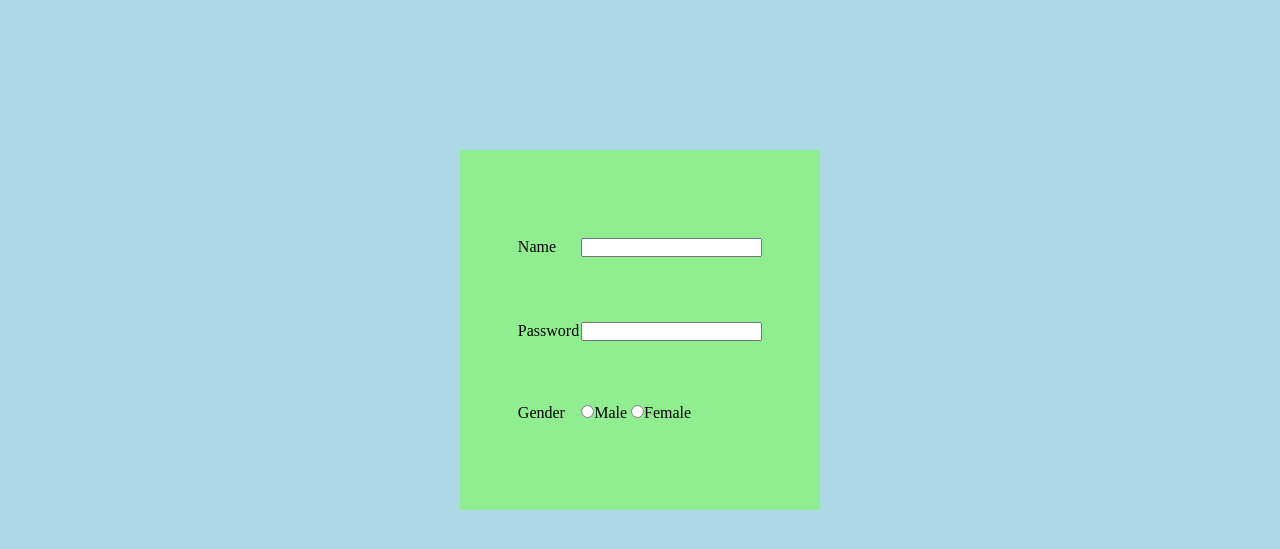
Repository: yash1sh/Java
Page: http://localhost/Servlet_Demo/
An editor plug-in stored every save of this project. The page is shown before and after the next save, followed by the edit.
The browser window is 1280 px wide. The pictures show the whole page.
The page is served by Tomcat 9.

Above is the page before, as saved 2022-05-14 10:39:17.

After the next save:
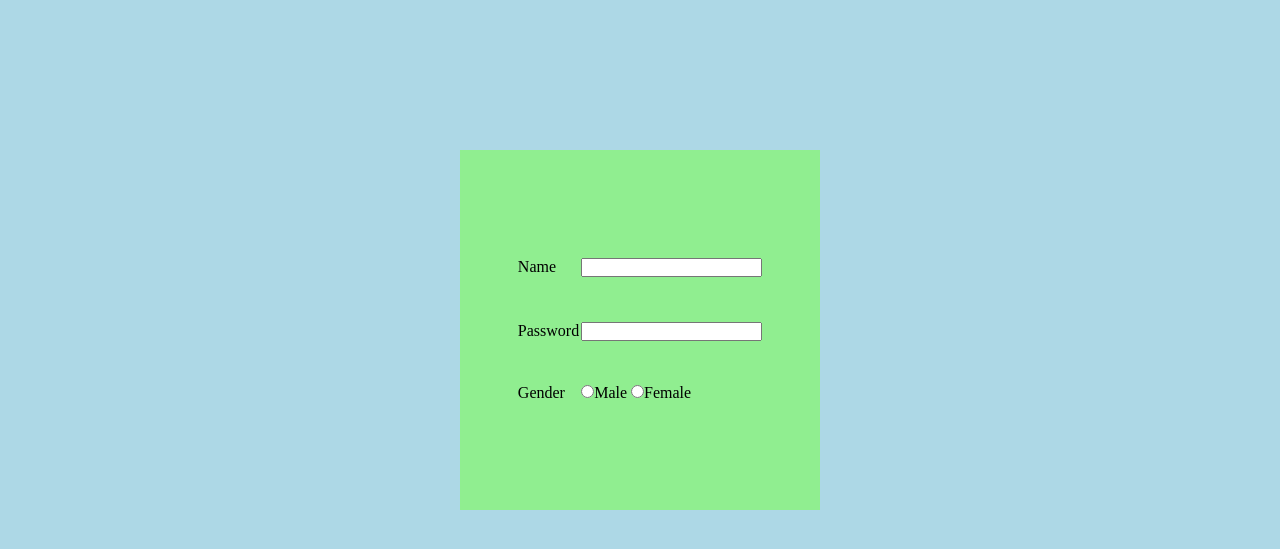
Saved 8 s later.
--- a/Bootcmp/Servlet_Demo/src/main/webapp/indexcss.css
+++ b/Bootcmp/Servlet_Demo/src/main/webapp/indexcss.css
@@ -21,5 +21,5 @@ body{
 	background-color: lightblue;
 }
 .form article form table{
-	line-height: 80px;
+	line-height: 60px;
 }
